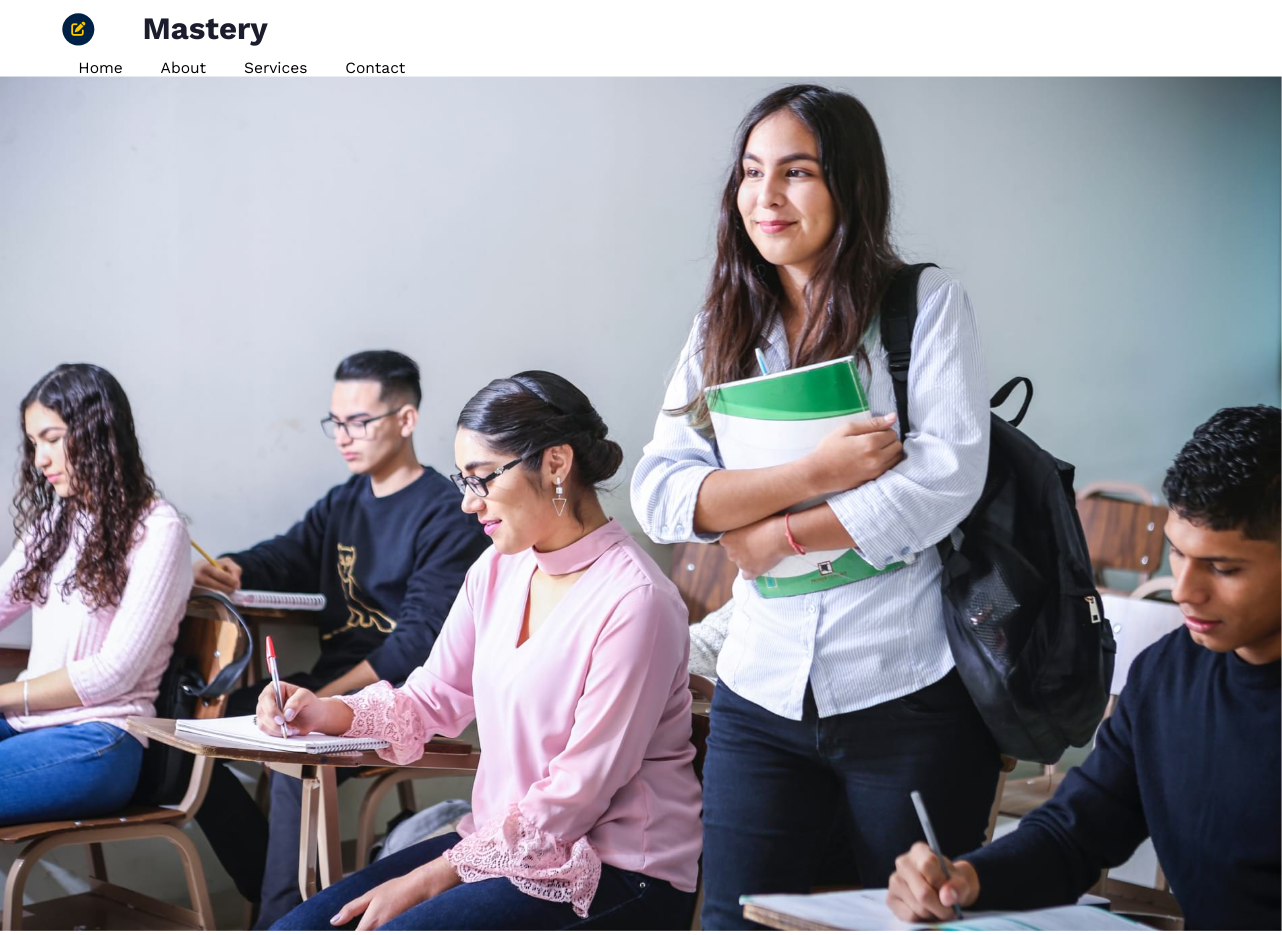
Repository: giahuy405/BC38__Mastery__Pham_Gia_Huy
Page: index.html
The author's editor kept a copy of each file at every save. The page is drawn from the files as they stood at one save, then again after the next save.
The browser window is 1280 px wide. The page is 1440 px wide, then 1300 px, so the pictures cover 1440 px, including what lies to the right of the window. The pictures show the whole page, at 89% of full size.

Above is the page before, as saved 2022-09-09 15:45:09.

### index.html
<!DOCTYPE html>
<html lang="en">
<head>
    <meta charset="UTF-8">
    <meta http-equiv="X-UA-Compatible" content="IE=edge">
    <meta name="viewport" content="width=device-width, initial-scale=1.0">
    <title>Document</title>
    <link href="https://fonts.googleapis.com/css2?family=Montserrat:wght@300;400;500;700;900&family=Work+Sans:wght@300;400;500;700&display=swap" rel="stylesheet">
    <link rel="stylesheet" href="https://cdnjs.cloudflare.com/ajax/libs/font-awesome/6.2.0/css/all.min.css">
    <link rel="stylesheet" href="./index.css">
</head>
<body>
    <header>
        <div class="container">
            <i class="fa-solid fa-pen-to-square"></i>
            <div class="header__title">
                <h1>Mastery</h1>
            </div>
        </div>
    </header>
    <nav>
        <div class="container">
            <ul>
                <li><div class="wrapper"><span class="square individual"><a class="ninth before after"  href="#">Home</a></span></div></li>
                <li><div class="wrapper"><span class="square individual"><a class="ninth before after"  href="#">About</a></span></div></li>
                <li><div class="wrapper"><span class="square individual"><a class="ninth before after"  href="#">Services</a></span></div></li>
                <li><div class="wrapper"><span class="square individual"><a class="ninth before after"  href="#">Contact</a></span></div></li>
            </ul>
        </div>
    </nav>
    <div class="carousel">
        <img src="./img/2.jpg" alt="">
    </div>


</body>
</html>

### index.css
*{
    padding: 0;
    margin: 0;
    box-sizing: border-box;
}
.clear{
    clear: both;
}
html{
    font-size: 16px;
    font-family: 'Work Sans', sans-serif;
}
.container{
    width: 1140px;
    margin: 0 auto;
}
header{
    position: relative;
    margin-top: 15px;
}
.header__title{
    display: inline-block;
     position: absolute;
     top: -4px;
    left: 160px;
}

.header__title h1{
    font-size: 35px;
    color: #1b1d2d;
}
header i{
    background-color: #002146;
    height: 36px;
    width: 36px;
    border-radius: 50%;
    color: #fdc800;
    text-align: center;
    padding-top: 9px;

}
nav ul{
    list-style: none;
    margin-top: 15px;
    margin-left: 18px;

}
nav li{
    display: inline;
    margin-right: 30px;
}

 /* Hiệu ứng hover cho Nav */
.wrapper{
    margin:2em 0;
    display: inline;
    font-size: 7px;
  }
a,a:visited,a:hover,a:active{
    -webkit-backface-visibility:hidden;
            backface-visibility:hidden;
      position:relative;
    transition:0.5s color ease;
      text-decoration:none;
      color:black;
      font-size:2px;
  }
  a:hover{
      color:#fdc800;
  }
  a.before:before,a.after:after{
    content: "";
    transition:0.5s all ease;
    -webkit-backface-visibility:hidden;
            backface-visibility:hidden;
    position:absolute;
  }
  a.before:before{
    top:-0.25em;
  }
  a.after:after{
    bottom:-0.25em;
  }
  a.before:before,a.after:after{
    height:5px;
    height:0.2rem;
    width:0;
    background:#fdc800;
  }
  a.first:after{
    left:0;
  }
  a.second:after{
    right:0;
  }
  a.third:after,a.sixth:before,a.sixth:after{
    left:50%;
    -webkit-transform:translateX(-50%);
            transform:translateX(-50%);
  }
  a.fourth:before,a.fourth:after{
    left:0;
  }
  a.fifth:before,a.fifth:after{
    right:0;
  }
  a.seventh:before{
    right:0;
  }
  a.seventh:after{
    left:0;
  }
  a.eigth:before{
    left:0;
  }
  a.eigth:after{
    right:0;
  }
  a.before:hover:before,a.after:hover:after{
    width:100%;
  }
  .square{
    box-sizing:border-box;
    margin-left:-0.4em;
    position:relative;
    font-size:2.5em;
    overflow:hidden;
  }
  .square a{
    position:static;
    font-size:100%;
    padding:0.2em 0.4em;
  }
  .square:before,.square:after{
    content: "";
    box-sizing:border-box;
    transition:0.25s all ease;
    -webkit-backface-visibility:hidden;
            backface-visibility:hidden;
    position:absolute;
    width:5px;
    width:0.2rem;
    height:0;
    background:#fdc800;
  }
  .square:before{
    left:0;
    bottom:-0.2em;
  }
  .square.individual:before{
    transition-delay:0.6s;
  }
  .square:after{
    right:0;
    top:-0.2em;
  }
  .square.individual:after{
    transition-delay:0.2s;
  }
  .square a:before{
    left:0;
    transition:0.25s all ease;
  }
  .square a:after{
    right:0;
    transition:0.25s all ease;
  }
  .square.individual a:after{
    transition:0.25s all ease 0.4s;
  }
  .square:hover:before,.square:hover:after{
    height:calc(100% + 0.4em);
  }
  .square:hover a:before,.square:hover a:after{
    width:100%;
  }
.carousel{
    width: 100%;
}
 .carousel img{
    max-width: 1440px;
 }

After the next save:
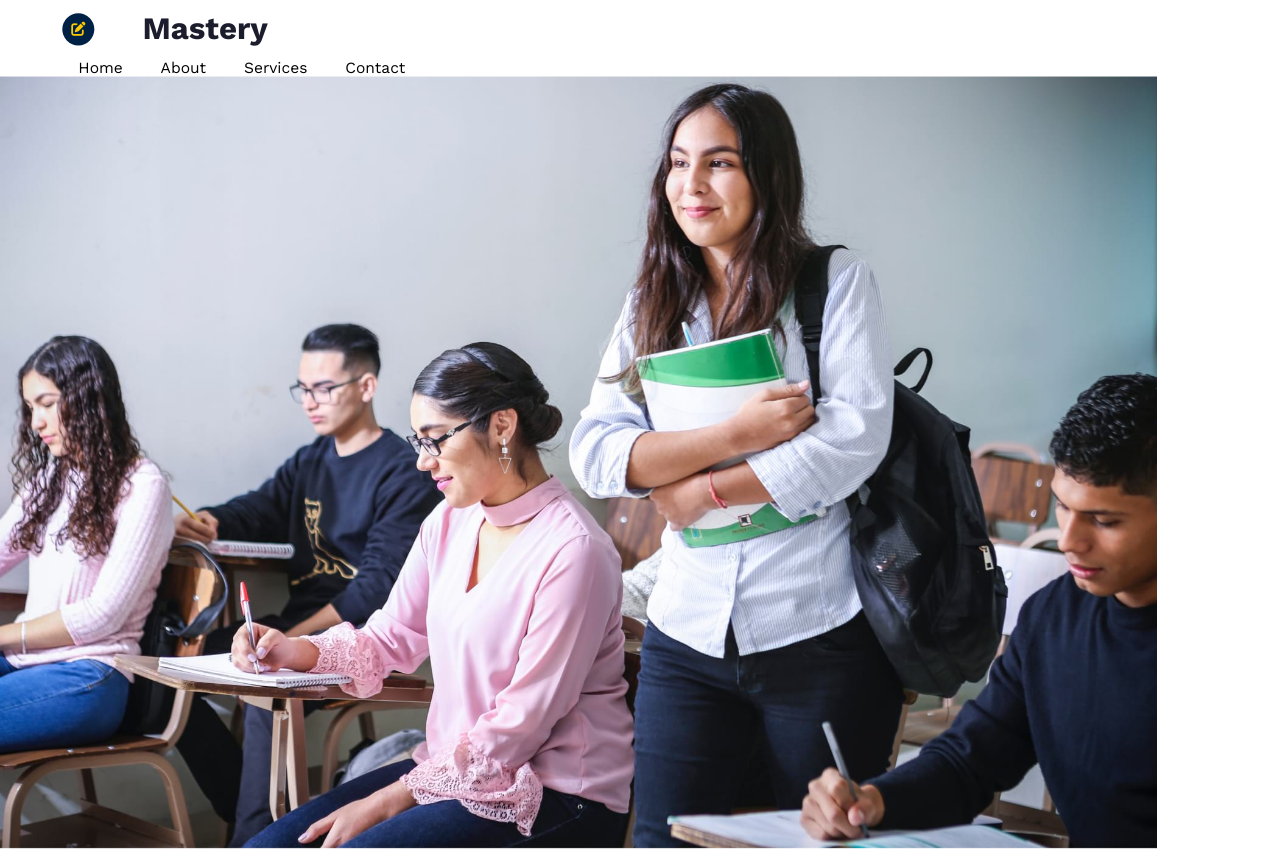
Saved 19 s later.
--- a/index.css
+++ b/index.css
@@ -178,5 +178,5 @@ a,a:visited,a:hover,a:active{
     width: 100%;
 }
  .carousel img{
-    max-width: 1440px;
+    max-width: 1300px;
  }
